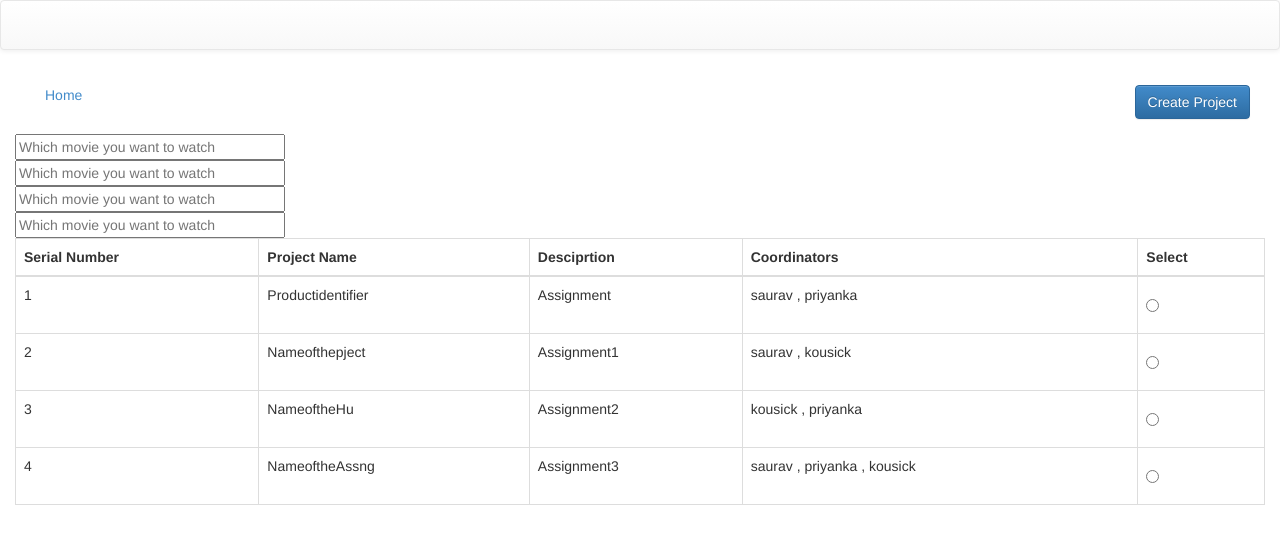
Repository: srvsngh200892/DO-IT-Seed
Page: DOIT/WebContent/app/index.html
An editor plug-in stored every save of this project. The page is shown before and after the next save, followed by the edit.
The browser window is 1280 px wide. The pictures show the whole page.

Above is the page before, as saved 2014-06-29 18:00:39.

After the next save:
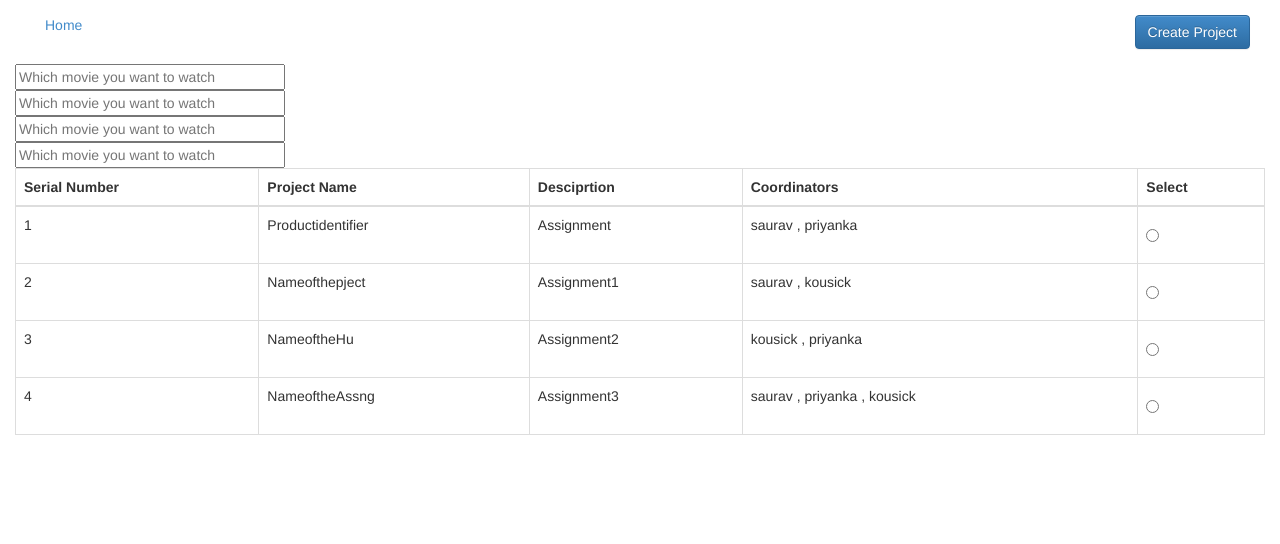
Saved 34 s later.
--- a/DOIT/WebContent/app/index.html
+++ b/DOIT/WebContent/app/index.html
@@ -18,13 +18,6 @@
   <script src="bower_components/html5-boilerplate/js/vendor/modernizr-2.6.2.min.js"></script>
 </head>
 <body ng-app="myApp" class="gray-bg">
-  <nav class="navbar navbar-default" role="navigation">
-    <div class="container-fluid">
-
-      <!-- Collect the nav links, forms, and other content for toggling -->
-      <!-- /.navbar-collapse -->
-    </div><!-- /.container-fluid -->
-  </nav>
 
   <!--[if lt IE 7]>
       <p class="browsehappy">You are using an <strong>outdated</strong> browser. Please <a href="http://browsehappy.com/">upgrade your browser</a> to improve your experience.</p>
